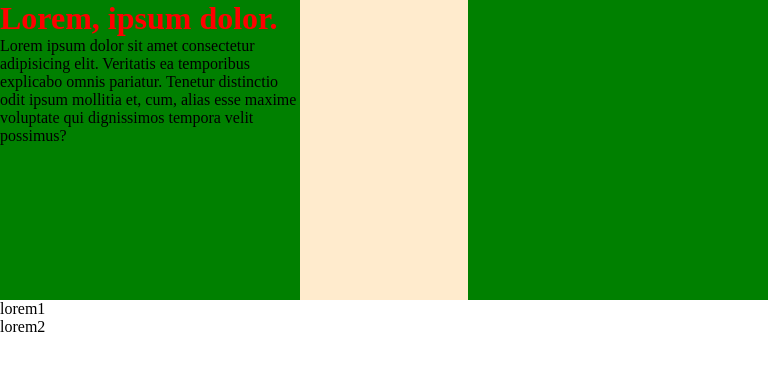
Repository: AytacSafarova/Scss-sample
Page: pages/homePage/index.html
An editor plug-in stored every save of this project. The page is shown before and after a run of saves, followed by the edit.
The browser window is 768 px wide. The pictures show the whole page.
The style sheet was rebuilt from its Sass, Less or Tailwind sources for each picture, by a compiler version that may differ from the author's.

Above is the page before, as saved 2023-11-09 14:30:38.

### pages/homePage/index.html
<!DOCTYPE html>
<html lang="en">
  <head>
    <meta charset="UTF-8" />
    <meta name="viewport" content="width=device-width, initial-scale=1.0" />
    <title>Document</title>
    <link rel="stylesheet" href="../../assets/css/reset.css" />
    <link rel="stylesheet" href="./index.css">
  </head>
  <body>
    <div class="container">
      <div class="child">
        <h1>Lorem, ipsum dolor.</h1>
        <p>
          Lorem ipsum dolor sit amet consectetur adipisicing elit. Veritatis ea
          temporibus explicabo omnis pariatur. Tenetur distinctio odit ipsum
          mollitia et, cum, alias esse maxime voluptate qui dignissimos tempora
          velit possimus?
        </p>
      </div>
      <div class="child-1">
        <p>
          Lorem ipsum dolor sit amet consectetur, adipisicing elit. Hic, ab
          saepe alias consectetur natus mollitia cumque ducimus sapiente
          repudiandae deserunt amet officia similique quo distinctio autem! Aut
          laborum doloremque itaque.
        </p>
      </div>
    </div>
    <div class="container-1">
      <p>lorem1</p>
      <p>lorem2</p>
    </div>
  </body>
</html>

### assets/css/reset.css
*{
    margin: 0;
    padding: 0;
    box-sizing: border-box;
}
button{
    border: none;
}
li{
    list-style-type:none ;
}
a{
    text-decoration: none;
}

### pages/homePage/index.scss
/* variable */
$boxColor:green;

/* mixins */
@mixin box-size {
    width: 300px;
    height: 300px;
}
@mixin display-style{
    display:flex;
    justify-content:space-between;
    align-items:center;
}

.container {
    @include display-style;
  background-color: aqua;
  @media screen  and (max-width:1024px){
    background-color: blanchedalmond;
  }
  @media screen  and (max-width:1024px){
    background-color: blanchedalmond;
  }
  .child {
    @include box-size;
    background-color: $boxColor;
    h1 {
      color: red;
    }
  }
  .child-1{
    @include box-size;
    background-color: $boxColor;
    p{
        color: green;
    }
  }
}

After the next 4 saves:
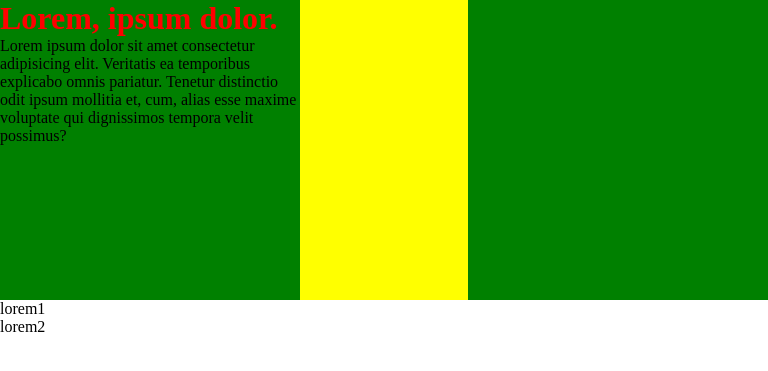
The 4 saves are shown as one change because they came seconds apart.
The last was saved 14 s later.
--- a/pages/homePage/index.scss
+++ b/pages/homePage/index.scss
@@ -18,8 +18,8 @@ $boxColor:green;
   @media screen  and (max-width:1024px){
     background-color: blanchedalmond;
   }
-  @media screen  and (max-width:1024px){
-    background-color: blanchedalmond;
+  @media screen  and (max-width:768px){
+    background-color:yellow;
   }
   .child {
     @include box-size;
